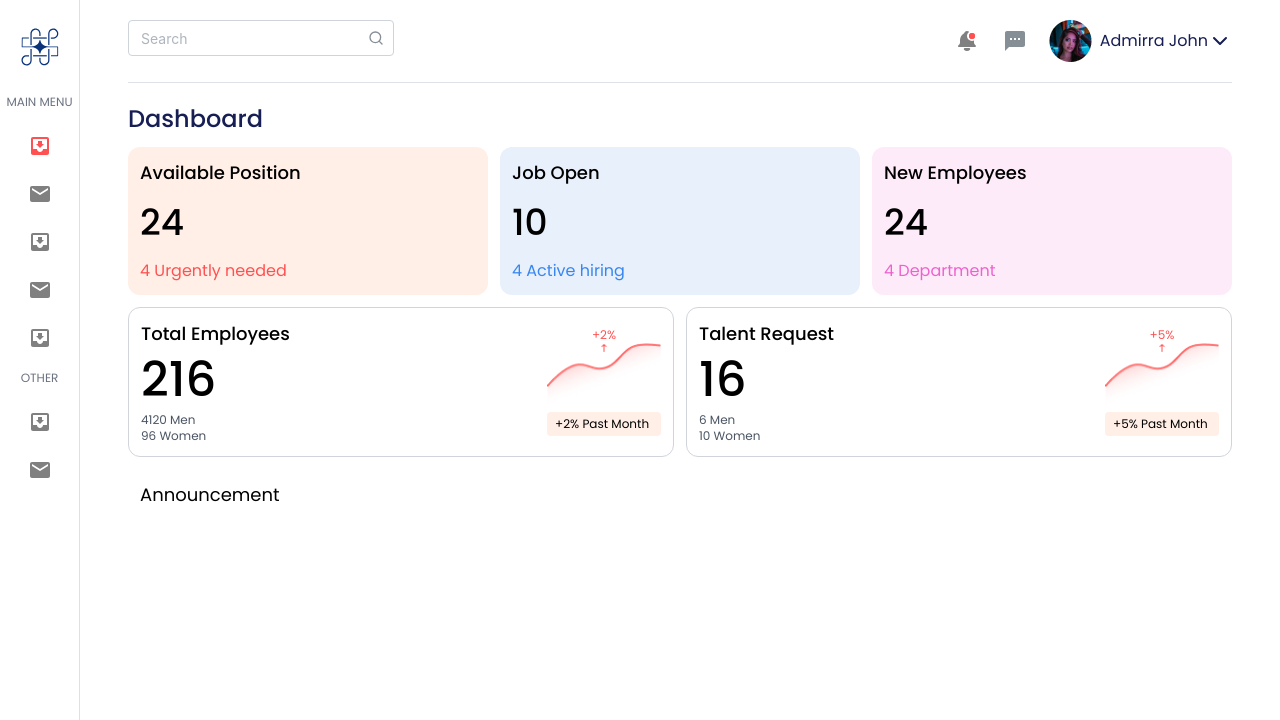
Repository: SatyaDewangan05/sample-dashboard
Page: /
The author's editor kept a copy of each file at every save. The page is drawn from the files as they stood at one save, then again after the next save.
The browser window is 1280 px wide. The pictures show the whole page.
The project was rebuilt for these pictures with package versions that can differ from the ones it lists, and the page was loaded fresh each time. The framework's server and built-in components were replaced by stand-ins that run in the browser. Also part of the build but not shown: next.config.mjs.

Above is the page before, as saved 2024-09-22 00:41:04.

### src/app/layout.js
import localFont from "next/font/local";
import "./globals.css";
import { MantineProvider } from "@mantine/core";
import "@mantine/core/styles.css";

const geistSans = localFont({
  src: "./fonts/GeistVF.woff",
  variable: "--font-geist-sans",
  weight: "100 900",
});
const geistMono = localFont({
  src: "./fonts/GeistMonoVF.woff",
  variable: "--font-geist-mono",
  weight: "100 900",
});

import { Poppins } from "next/font/google";
const poppins = Poppins({
  weight: ["400", "500", "600", "700"], // You can choose different weights like '300', '500' etc.
  subsets: ["latin"],
});

export const metadata = {
  title: "Create Next App",
  description: "Generated by create next app",
};

export default function RootLayout({ children }) {
  return (
    <html lang="en">
      <body className={`${poppins.className} antialiased bg-white`}>
        <MantineProvider>{children}</MantineProvider>
      </body>
    </html>
  );
}

### src/app/page.jsx
import Image from "next/image";
import MiniDrawer from "./components/Drawer";
import {
  ActionIcon,
  Anchor,
  Avatar,
  Divider,
  Indicator,
  TextInput,
  Title,
} from "@mantine/core";
import { Search } from "lucide-react";
import {
  IconBellFilled,
  IconChevronCompactDown,
  IconChevronDown,
} from "@tabler/icons-react";
import TextsmsIcon from "@mui/icons-material/Textsms";
import DP from "@/images/dp.png";
import ThreeData from "./components/card/ThreeData";
import DetailChart from "./components/card/DetailChart";

export default function Home() {
  return (
    <div className="flex">
      <MiniDrawer />
      <div className="w-full px-12">
        {/* Top Bar */}
        <div className="w-full py-5 flex justify-between">
          <TextInput placeholder="Search" rightSection={<Search size={16} />} />
          <div className="flex items-center gap-5">
            <ActionIcon
              variant="transparent"
              color="gray"
              // c="black"
              aria-label="Settings"
            >
              <Indicator color="#FF5151" offset={7} withBorder>
                <IconBellFilled color="gray" />
              </Indicator>
            </ActionIcon>
            <ActionIcon
              variant="transparent"
              color="gray"
              // c="black"
              aria-label="Settings"
            >
              <TextsmsIcon color="gray" />
            </ActionIcon>
            <div className="flex gap-2 items-center">
              <Image src={DP} />
              <Anchor
                href="https://mantine.dev/"
                target="_blank"
                underline="never"
                c="#161E54"
              >
                <div className="flex items-center">
                  Admirra John
                  <IconChevronDown />
                </div>
              </Anchor>
            </div>
          </div>
        </div>
        <Divider />

        <div className="w-full py-5">
          <p className="text-2xl font-medium text-[#161E54]">Dashboard</p>
          <div className="py-3 flex flex-col gap-3">
            <div className="grid grid-cols-3 gap-3">
              <ThreeData
                heading="Available Position"
                figure={24}
                text="4 Urgently needed"
                bgColor="#FFEFE7"
                textColor="#FF5151"
              />
              <ThreeData
                heading="Job Open"
                figure={10}
                text="4 Active hiring"
                bgColor="#E8F0FB"
                textColor="#3786F1"
              />
              <ThreeData
                heading="New Employees"
                figure={24}
                text="4 Department"
                bgColor="#FDEBF9"
                textColor="#EE61CF"
              />
            </div>
            <div className="grid grid-cols-2 gap-3">
              <DetailChart
                heading="Total Employees"
                figure={216}
                texts={["4120 Men", "96 Women"]}
                variation="+2%"
              />
              <DetailChart
                heading="Talent Request"
                figure={16}
                texts={["6 Men", "10 Women"]}
                variation="+5%"
              />
            </div>

            <div className="p-3 rounded-xl">
              <div>
                <p className="text-lg">Announcement</p>
              </div>
            </div>
          </div>
        </div>
      </div>
    </div>
  );
}

### src/app/globals.css
@tailwind base;
@tailwind components;
@tailwind utilities;

:root {
  --background: #ffffff;
  --foreground: #171717;
}

/* @media (prefers-color-scheme: dark) {
  :root {
    --background: #0a0a0a;
    --foreground: #ededed;
  }
} */

body {
  color: var(--foreground);
  background: var(--background);
  font-family: Arial, Helvetica, sans-serif;
}

@layer utilities {
  .text-balance {
    text-wrap: balance;
  }
}

@layer base {
  :root {
    --background: 0 0% 100%;
    --foreground: 0 0% 3.9%;
    --card: 0 0% 100%;
    --card-foreground: 0 0% 3.9%;
    --popover: 0 0% 100%;
    --popover-foreground: 0 0% 3.9%;
    --primary: 0 0% 9%;
    --primary-foreground: 0 0% 98%;
    --secondary: 0 0% 96.1%;
    --secondary-foreground: 0 0% 9%;
    --muted: 0 0% 96.1%;
    --muted-foreground: 0 0% 45.1%;
    --accent: 0 0% 96.1%;
    --accent-foreground: 0 0% 9%;
    --destructive: 0 84.2% 60.2%;
    --destructive-foreground: 0 0% 98%;
    --border: 0 0% 89.8%;
    --input: 0 0% 89.8%;
    --ring: 0 0% 3.9%;
    --chart-1: 12 76% 61%;
    --chart-2: 173 58% 39%;
    --chart-3: 197 37% 24%;
    --chart-4: 43 74% 66%;
    --chart-5: 27 87% 67%;
    --radius: 0.5rem;
  }
  .dark {
    --background: 0 0% 3.9%;
    --foreground: 0 0% 98%;
    --card: 0 0% 3.9%;
    --card-foreground: 0 0% 98%;
    --popover: 0 0% 3.9%;
    --popover-foreground: 0 0% 98%;
    --primary: 0 0% 98%;
    --primary-foreground: 0 0% 9%;
    --secondary: 0 0% 14.9%;
    --secondary-foreground: 0 0% 98%;
    --muted: 0 0% 14.9%;
    --muted-foreground: 0 0% 63.9%;
    --accent: 0 0% 14.9%;
    --accent-foreground: 0 0% 98%;
    --destructive: 0 62.8% 30.6%;
    --destructive-foreground: 0 0% 98%;
    --border: 0 0% 14.9%;
    --input: 0 0% 14.9%;
    --ring: 0 0% 83.1%;
    --chart-1: 220 70% 50%;
    --chart-2: 160 60% 45%;
    --chart-3: 30 80% 55%;
    --chart-4: 280 65% 60%;
    --chart-5: 340 75% 55%;
  }
}

@layer base {
  * {
    @apply border-border;
  }
  body {
    @apply bg-background text-foreground;
  }
}

### src/app/components/Drawer.jsx
"use client";

import { styled } from "@mui/material/styles";
import MuiDrawer from "@mui/material/Drawer";
import List from "@mui/material/List";
import IconButton from "@mui/material/IconButton";
import MenuIcon from "@mui/icons-material/Menu";

import ListItem from "@mui/material/ListItem";
import ListItemButton from "@mui/material/ListItemButton";
import ListItemIcon from "@mui/material/ListItemIcon";
import ListItemText from "@mui/material/ListItemText";
import InboxIcon from "@mui/icons-material/MoveToInbox";
import MailIcon from "@mui/icons-material/Mail";
import { useState } from "react";
import Image from "next/image";

import Logo from "@/images/logo.svg";
import LogoWithName from "@/images/logo_with_name.png";

const drawerWidth = 220;

const openedMixin = (theme) => ({
  width: drawerWidth,
  transition: theme.transitions.create("width", {
    easing: theme.transitions.easing.sharp,
    duration: theme.transitions.duration.enteringScreen,
  }),
  overflowX: "hidden",
});

const closedMixin = (theme) => ({
  transition: theme.transitions.create("width", {
    easing: theme.transitions.easing.sharp,
    duration: theme.transitions.duration.leavingScreen,
  }),
  overflowX: "hidden",
  width: "80px",
  [theme.breakpoints.up("sm")]: {
    width: "80px",
  },
});

const DrawerHeader = styled("div")(({ theme }) => ({
  display: "flex",
  alignItems: "center",
  justifyContent: "center",
  padding: "20px",
  // necessary for content to be below app bar
  ...theme.mixins.toolbar,
}));

const Drawer = styled(MuiDrawer, {
  shouldForwardProp: (prop) => prop !== "open",
})(({ theme }) => ({
  width: drawerWidth,
  flexShrink: 0,
  whiteSpace: "nowrap",
  boxSizing: "border-box",
  variants: [
    {
      props: ({ open }) => open,
      style: {
        ...openedMixin(theme),
        "& .MuiDrawer-paper": openedMixin(theme),
      },
    },
    {
      props: ({ open }) => !open,
      style: {
        ...closedMixin(theme),
        "& .MuiDrawer-paper": closedMixin(theme),
      },
    },
  ],
}));

export default function MiniDrawer() {
  const [open, setOpen] = useState(false);

  const [active, setActive] = useState("Dashboard");

  return (
    <Drawer variant="permanent" open={open}>
      <DrawerHeader>
        <IconButton onClick={() => setOpen((prevState) => !prevState)}>
          {open ? (
            <Image src={LogoWithName} alt="Images" />
          ) : (
            <Image className="mx-auto" src={Logo} alt="Images" />
          )}
        </IconButton>
      </DrawerHeader>
      <p
        className={`h-5 uppercase text-xs  text-gray-500 ${
          open ? "pl-5" : "text-center"
        }`}
      >
        Main Menu
      </p>
      <List>
        {["Dashboard", "Recruitment", "Schedule", "Employee", "Department"].map(
          (text, index) => (
            <ListItem key={text} disablePadding sx={{ display: "block" }}>
              <ListItemButton
                sx={[
                  {
                    minHeight: 48,
                    px: 2,
                    color: active === text ? "#FF5151" : "unset",
                  },
                  open
                    ? {
                        justifyContent: "initial",
                      }
                    : {
                        justifyContent: "center",
                      },
                ]}
                onClick={() => setActive(text)}
              >
                <ListItemIcon
                  sx={[
                    {
                      //   minWidth: 0,
                      justifyContent: "center",
                      color: active === text ? "#FF5151" : "gray",
                    },
                    open
                      ? {
                          mr: 2,
                        }
                      : {
                          mx: "auto",
                        },
                  ]}
                >
                  {index % 2 === 0 ? <InboxIcon /> : <MailIcon />}
                </ListItemIcon>
                <ListItemText
                  primary={text}
                  sx={[
                    open
                      ? {
                          opacity: 1,
                        }
                      : {
                          opacity: 0,
                        },
                  ]}
                />
              </ListItemButton>
            </ListItem>
          )
        )}
      </List>
      <p
        className={`h-5 uppercase text-xs text-gray-500 ${
          open ? " pl-5" : "text-center"
        }`}
      >
        Other
      </p>
      <List>
        {["Support", "Settings"].map((text, index) => (
          <ListItem key={text} disablePadding sx={{ display: "block" }}>
            <ListItemButton
              sx={[
                {
                  minHeight: 48,
                  px: 2,
                },
                open
                  ? {
                      justifyContent: "initial",
                    }
                  : {
                      justifyContent: "center",
                    },
              ]}
              onClick={() => setActive(text)}
            >
              <ListItemIcon
                sx={[
                  {
                    justifyContent: "center",
                    color: active === text ? "#FF5151" : "gray",
                  },
                  open
                    ? {
                        mr: 2,
                      }
                    : {
                        mx: "auto",
                      },
                ]}
              >
                {index % 2 === 0 ? <InboxIcon /> : <MailIcon />}
              </ListItemIcon>
              <ListItemText
                primary={text}
                sx={[
                  open
                    ? {
                        opacity: 1,
                      }
                    : {
                        opacity: 0,
                      },
                ]}
              />
            </ListItemButton>
          </ListItem>
        ))}
      </List>
    </Drawer>
  );
}

### src/app/components/card/ThreeData.jsx
const ThreeData = ({ heading, figure, text, bgColor, textColor }) => {
  return (
    <div
      className="p-3 rounded-xl flex flex-col gap-2"
      style={{ backgroundColor: bgColor ? bgColor : "gray" }}
    >
      <p className="text-lg font-medium">{heading}</p>
      <p className="text-[36px] font-medium">{figure}</p>
      <p
        className="text-base"
        style={{ color: textColor ? textColor : "white" }}
      >
        {text}
      </p>
    </div>
  );
};

export default ThreeData;

### src/app/components/card/DetailChart.jsx
import Image from "next/image";
import Graph from "@/images/graph.png";
import GraphLine from "@/images/graph-line.png";
import UpArrow from "@/images/up-arrow.png";

const DetailChart = ({ heading, figure, texts, variation }) => {
  return (
    <div className="p-3 rounded-xl border border-gray-300 flex justify-between items-center">
      <div className="flex flex-col gap-2">
        <p className="text-lg font-medium">{heading}</p>
        <p className="text-5xl font-medium">{figure}</p>
        <div>
          {Array.isArray(texts)
            ? texts.map((text, index) => (
                <p key={index} className="text-xs text-gray-600">
                  {text}
                </p>
              ))
            : null}
        </div>
      </div>
      <div className="flex flex-col justify-center">
        <div className="flex flex-col  items-center">
          <p className="text-xs text-[#FF5151] text-center">{variation}</p>
          <div className="h-[69px] w-[114px] relative">
            <Image
              src={UpArrow}
              className="absolute -top-1 left-1/2 -translate-x-1/2 z-30"
            />
            <Image src={GraphLine} className="absolute top-0 z-30" />
            <Image src={Graph} className="absolute top-0 z-30" />
          </div>
        </div>
        <div className="px-2 py-1 text-xs rounded bg-[#FFEFE7]">
          {variation} Past Month
        </div>
      </div>
    </div>
  );
};

export default DetailChart;

Loaded but not shown: tailwind.config.js (common file)

After the next save:
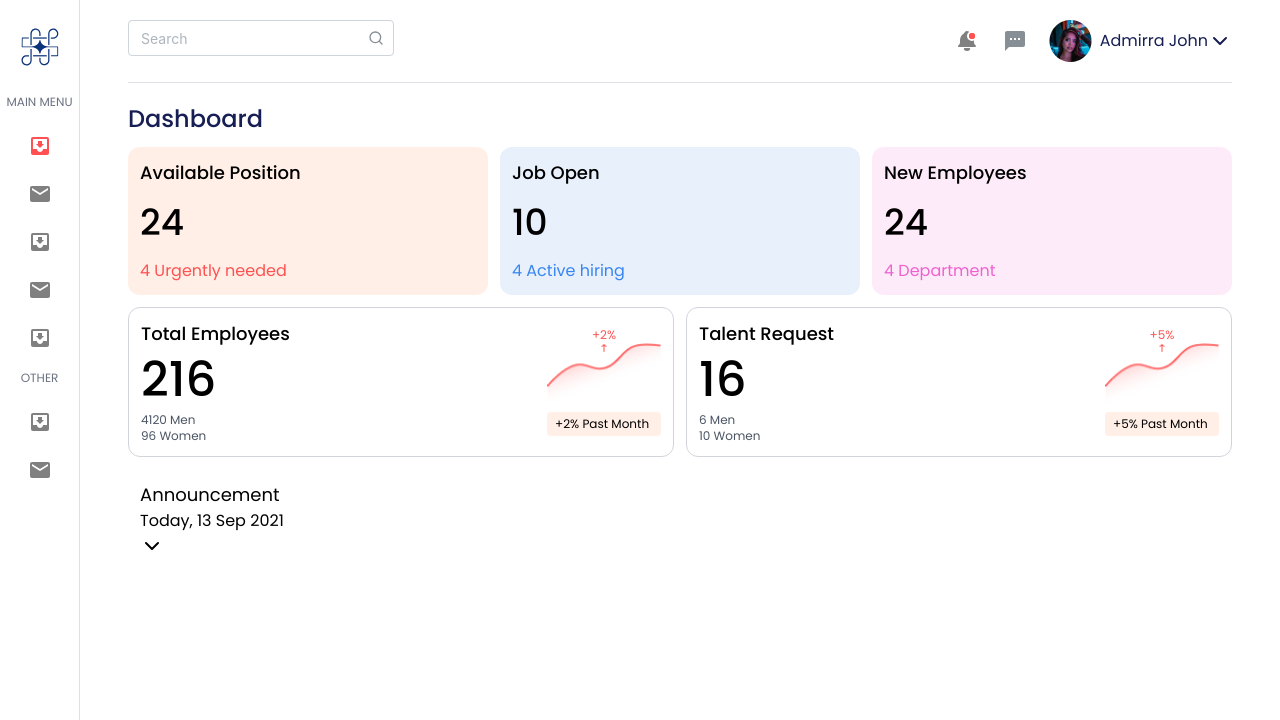
Saved 64 s later.
--- a/src/app/page.jsx
+++ b/src/app/page.jsx
@@ -109,6 +109,9 @@ export default function Home() {
             <div className="p-3 rounded-xl">
               <div>
                 <p className="text-lg">Announcement</p>
+                <div>
+                  Today, 13 Sep 2021 <IconChevronDown />
+                </div>
               </div>
             </div>
           </div>
